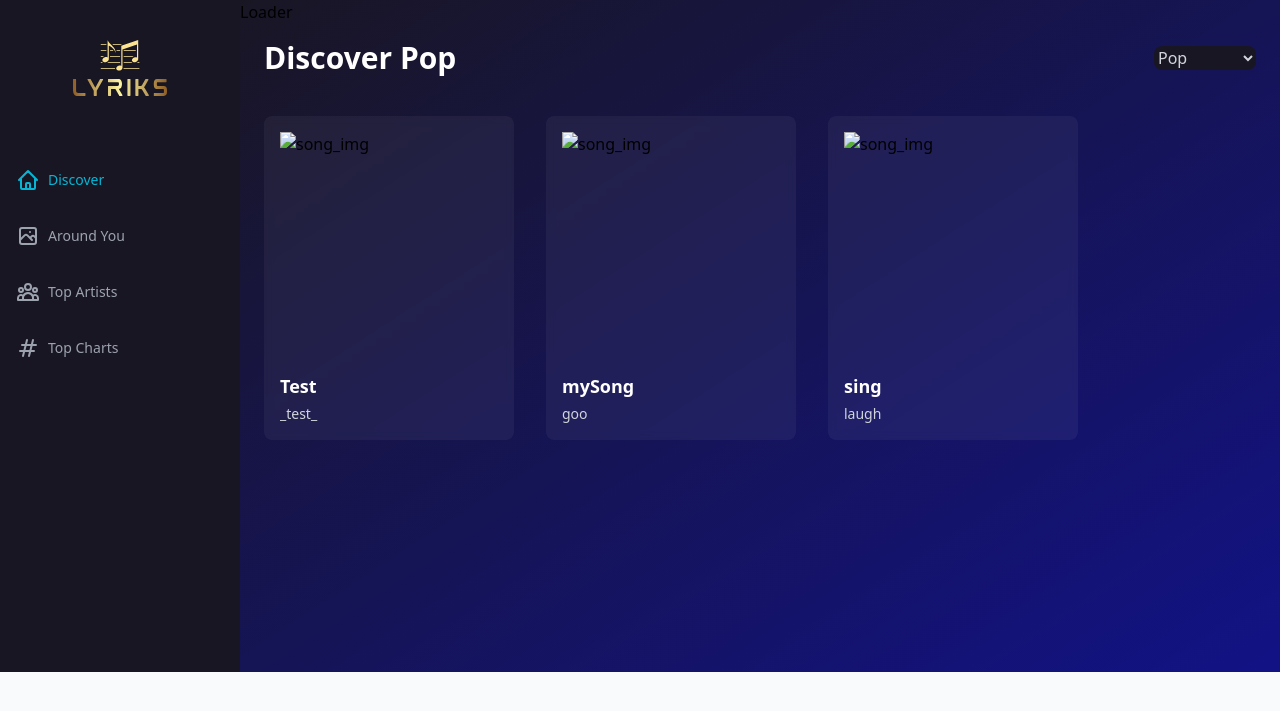
Repository: Chris24T/Dotify
Page: /
The author's editor kept a copy of each file at every save. The page is drawn from the files as they stood at one save, then again after the next save.
The browser window is 1280 px wide. The pictures show the whole page.
The project was rebuilt for these pictures with package versions that can differ from the ones it lists, and the page was loaded fresh each time. Also part of the build but not shown: vite.config.js, src/components/ArtistCard.jsx, src/components/DetailsHeader.jsx, src/components/SongBar.jsx, src/components/RelatedSongs.jsx, src/components/MusicPlayer/Controls.jsx, src/components/MusicPlayer/Player.jsx, src/components/MusicPlayer/Seekbar.jsx and 11 more.

Above is the page before, as saved 2022-12-04 20:27:08.

After the next save:
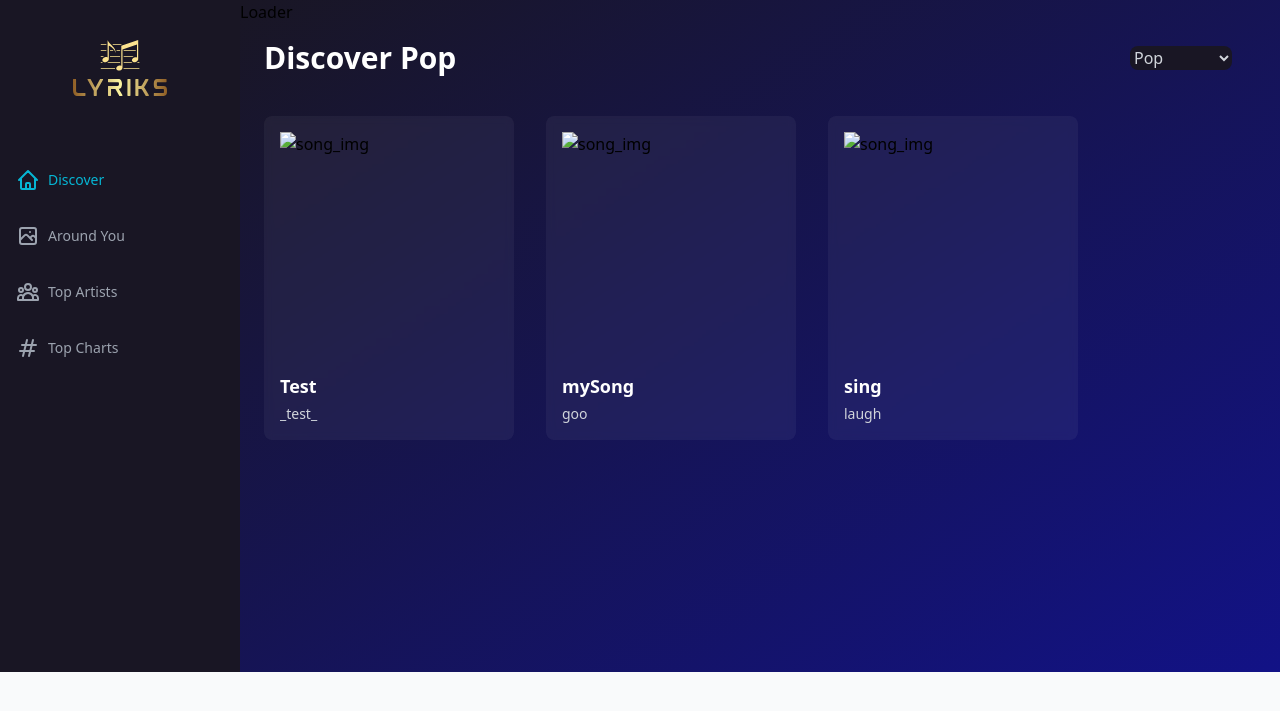
Saved 3 min 20 s later.
--- a/src/components/TopPlay.jsx
+++ b/src/components/TopPlay.jsx
@@ -31,7 +31,14 @@ const TopPlay = () => {
     dispatch(playPause(true));
   };
 
-  return <div ref={divRef}></div>;
+  return (
+    <div
+      className="xl:ml-6 ml-0 xl:mb-0 mb-6 flex-1 xl:max-w-[500px] mx-w-full flex flex-col"
+      ref={divRef}
+    >
+      <div className="w-full flex flex-col"></div>
+    </div>
+  );
 };
 
 export default TopPlay;
